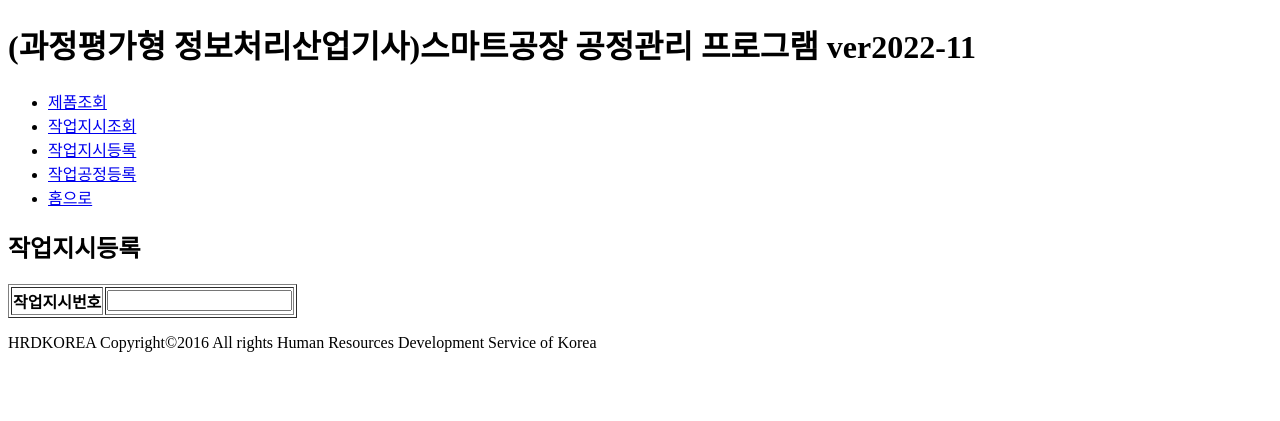
Repository: anakyn01/exam
Page: http://localhost/smart_5/sub2_1.jsp
The author's editor kept a copy of each file at every save. The page is drawn from the files as they stood at one save, then again after the next save.
The browser window is 1280 px wide. The pictures show the whole page.
The page is served by Tomcat 9.

Above is the page before, as saved 2025-01-06 07:18:49.

After the next save:
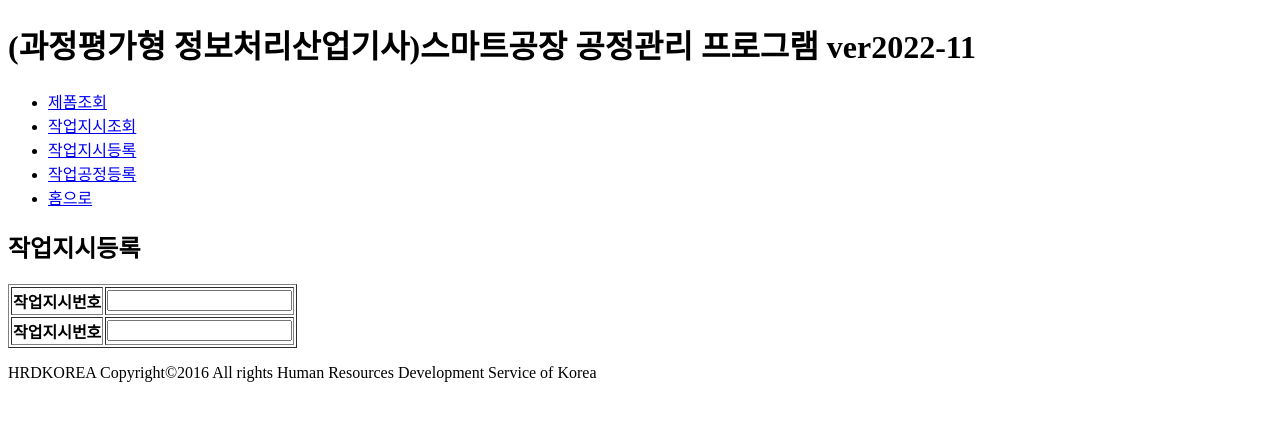
Saved 10 s later.
--- a/smart_5/src/main/webapp/sub2_1.jsp
+++ b/smart_5/src/main/webapp/sub2_1.jsp
@@ -11,6 +11,12 @@
 		<input type="text" name="w_workno">
 	</td>
 </tr>
+<tr>
+	<th>작업지시번호</th>
+		<td>
+		<input type="text" name="w_workno">
+	</td>
+</tr>
 </table>
 </section>
 
